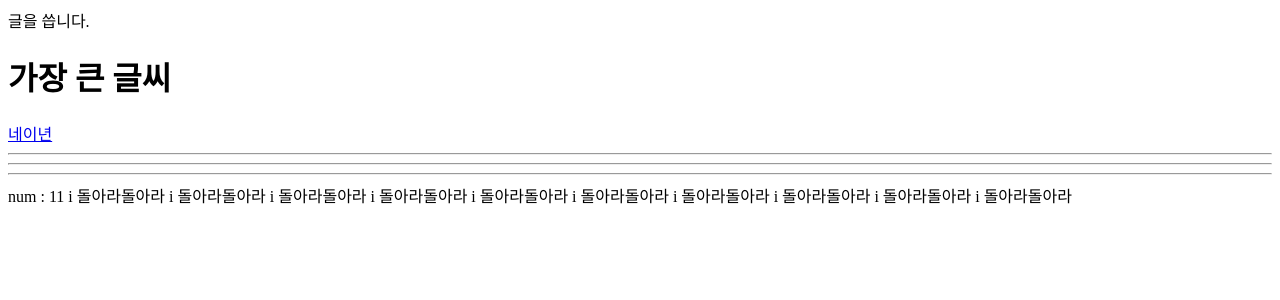
Repository: popll1/Pleiades
Page: http://localhost/jun261/
These files come from the project's save history. The page is drawn as it stood at one moment and after the next save; the edit follows.
The browser window is 1280 px wide. The pictures show the whole page.
The page is served by Tomcat 9.

Above is the page before, as saved 2023-06-26 05:27:50.

### jun261/src/main/webapp/index.jsp
<%@ page language="java" contentType="text/html; charset=utf-8"
	pageEncoding="UTF-8"%>
<!DOCTYPE html>
<html>
<head>
<meta charset="메타몽">
<title>네이년 : 이년의 검색</title>
</head>
<body>
	글을 씁니다.
	<br>
	<h1>가장 큰 글씨</h1>
	<a href="https://www.naver.com">네이년</a>
	<%
	//여기는 자바입니다.
	int num = 10;
	num += 1;
	%>
	<hr><hr><hr>
	num : <%=num%>

	<%
	for(int i = 0 ; i < 10; i++){
%>
      i 돌아라돌아라
<%
}
%>

</body>
</html>

After the next save:
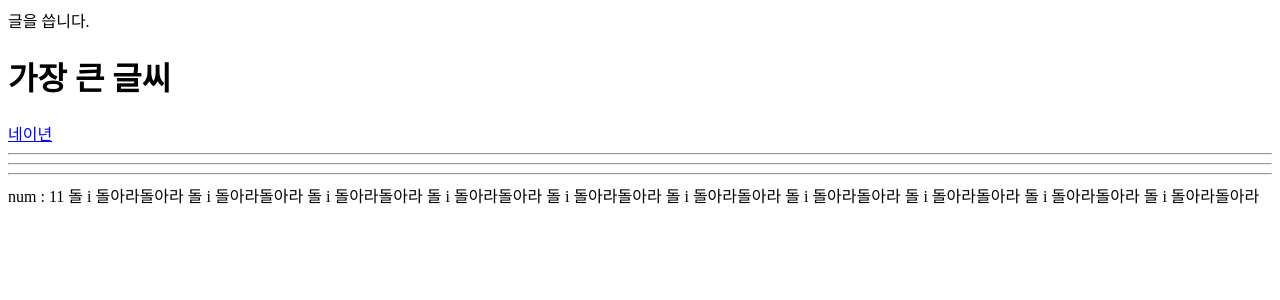
Saved 8 s later.
--- a/jun261/src/main/webapp/index.jsp
+++ b/jun261/src/main/webapp/index.jsp
@@ -22,7 +22,7 @@
 	<%
 	for(int i = 0 ; i < 10; i++){
 %>
-      i 돌아라돌아라
+      돌 i  돌아라돌아라
 <%
 }
 %>
